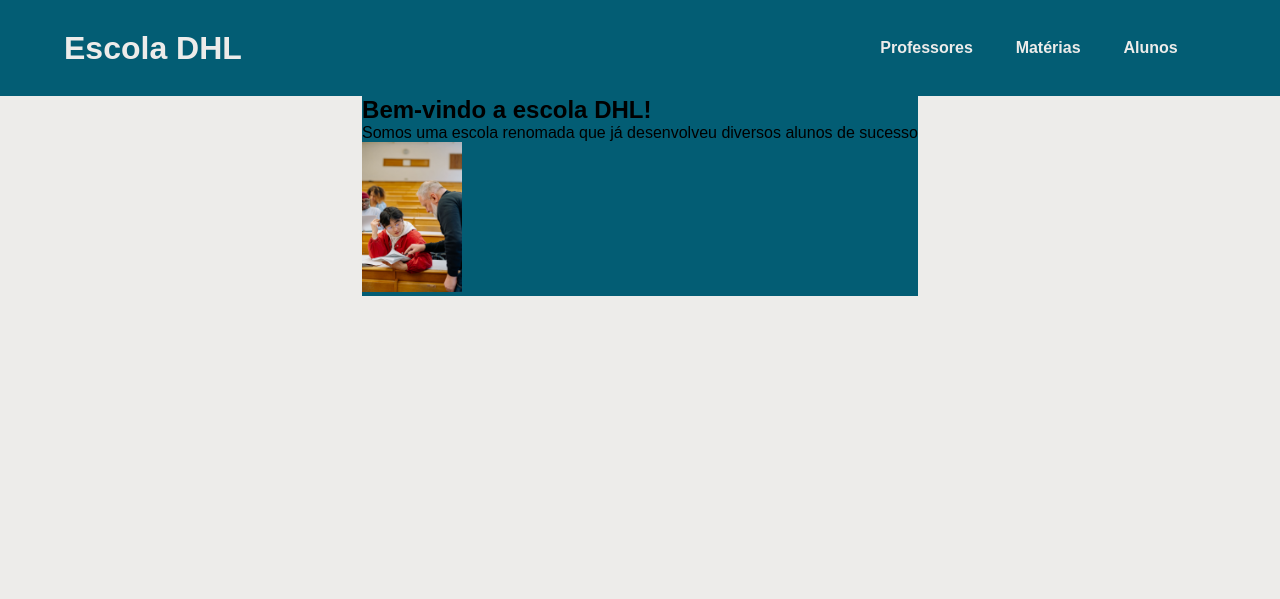
Repository: SirHick/sa-sistema-escola-DHL
Page: front/index.html
The author's editor kept a copy of each file at every save. The page is drawn from the files as they stood at one save, then again after the next save.
The browser window is 1280 px wide. The pictures show the whole page.

Above is the page before, as saved 2026-07-17 15:45:10.

After the next save:
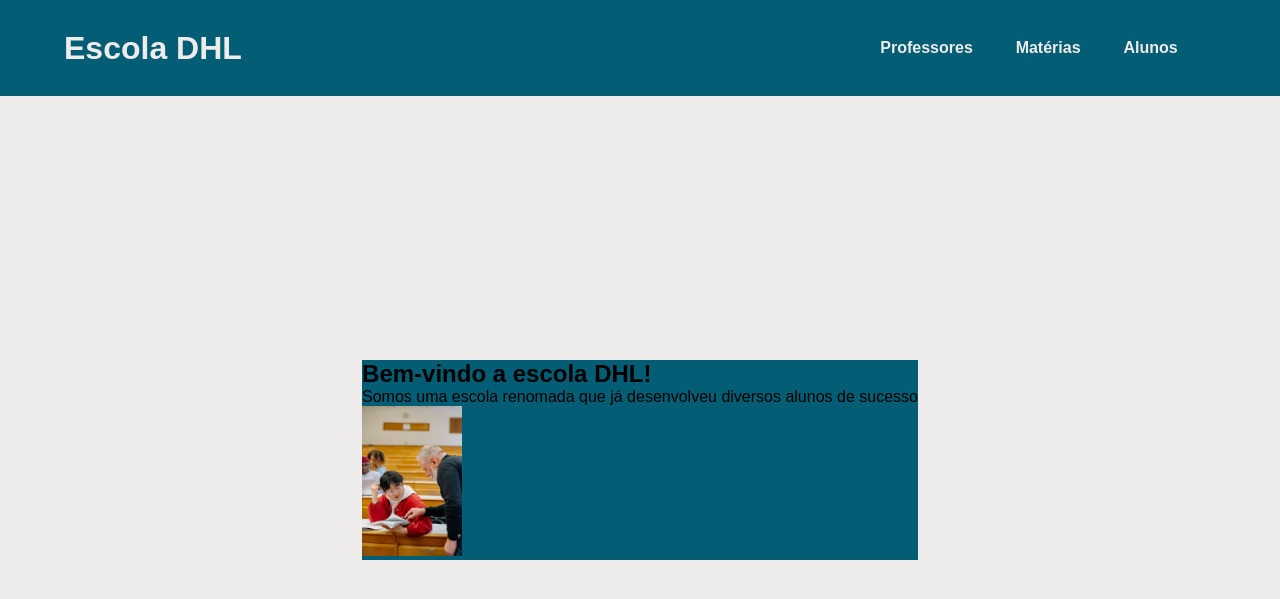
Saved 10 s later.
--- a/front/style.css
+++ b/front/style.css
@@ -46,5 +46,5 @@
 .hero-section{
     justify-self: center;
     background-color: #035D74;
-    margin-top: calc(50vh - );
+    margin-top: calc(50vh - 6rem);
 }

After the save that followed:
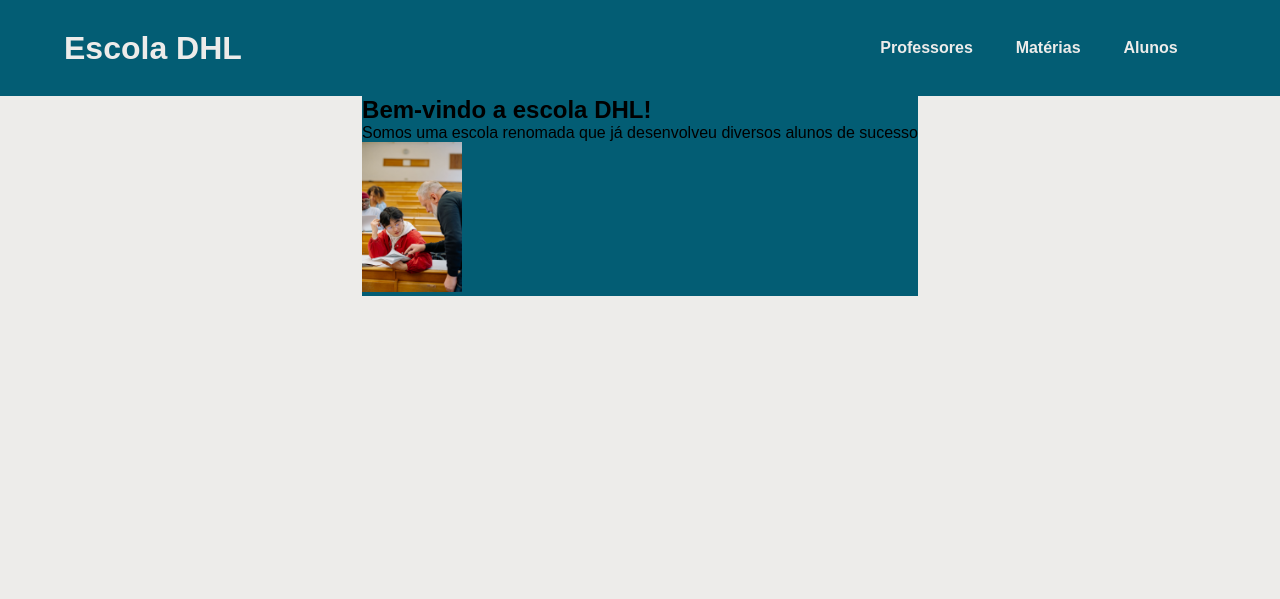
Saved 26 s later.
--- a/front/style.css
+++ b/front/style.css
@@ -46,5 +46,4 @@
 .hero-section{
     justify-self: center;
     background-color: #035D74;
-    margin-top: calc(50vh - 6rem);
 }
